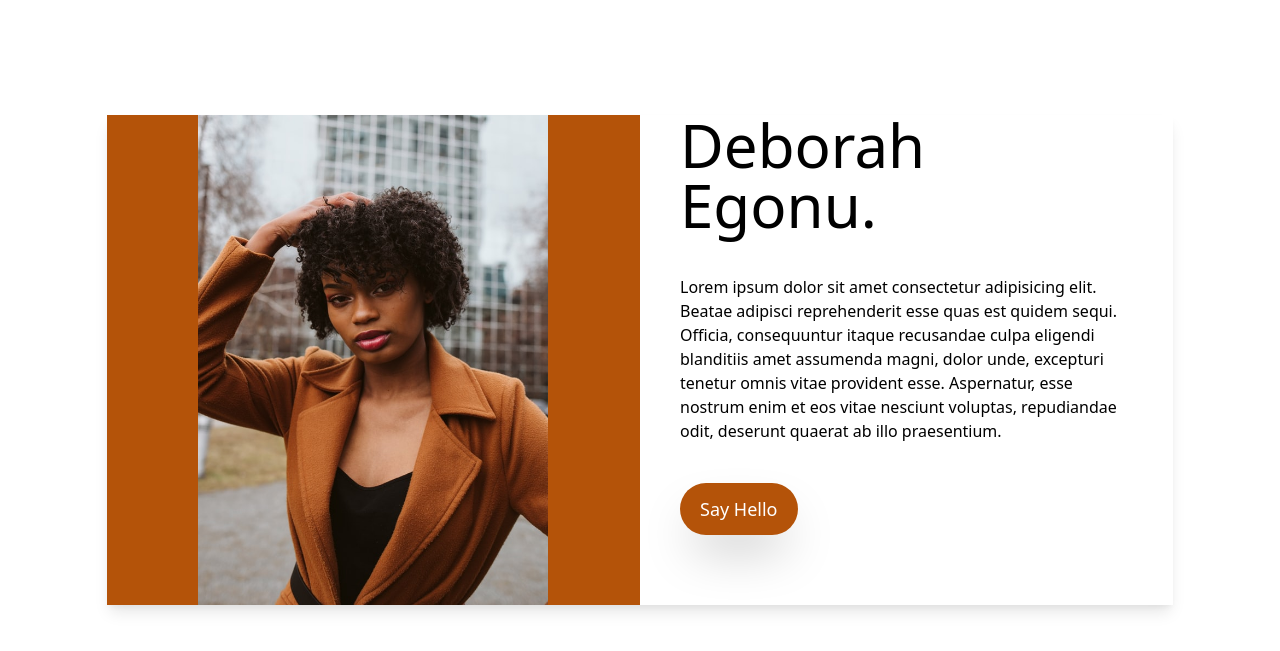
Repository: latenightsnacc/giggles
Page: HTML/user.html
The author's editor kept a copy of each file at every save. The page is drawn from the files as they stood at one save, then again after the next save.
The browser window is 1280 px wide. The pictures show the whole page.
Some web libraries are served in a nearby version.

Above is the page before, as saved 2021-01-01 16:22:22.

After the next save:
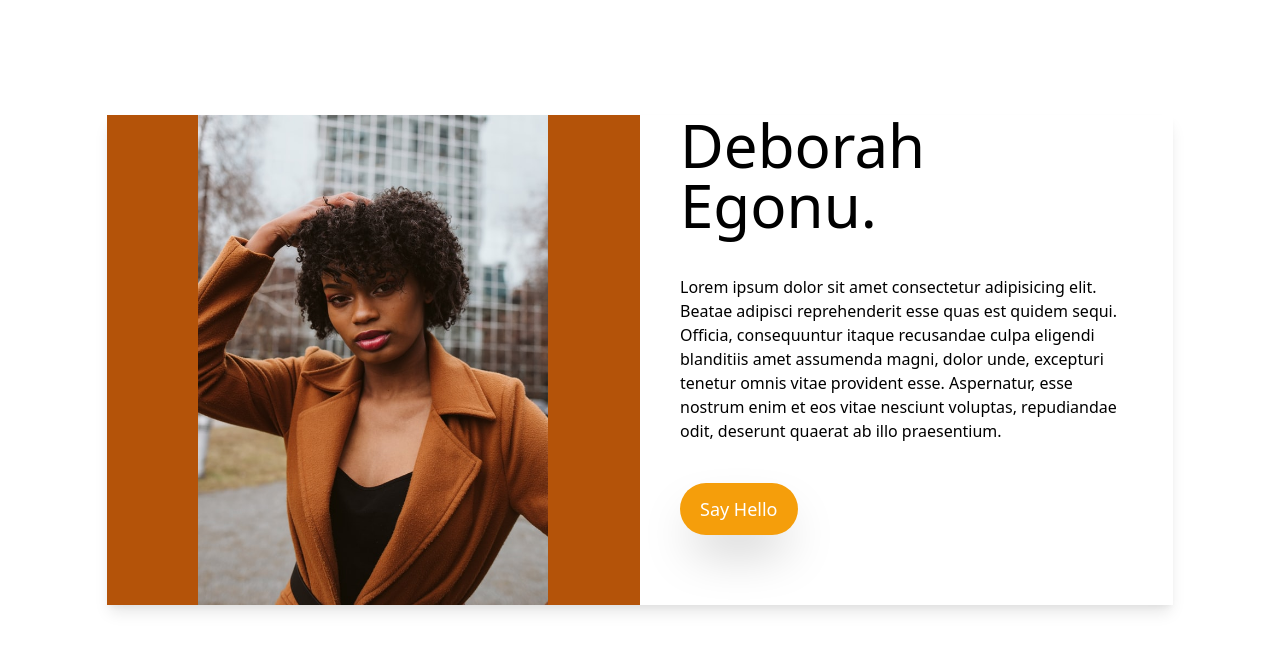
Saved 27 s later.
--- a/HTML/user.html
+++ b/HTML/user.html
@@ -17,7 +17,7 @@
                 <h1 class="text-6xl bold">Deborah </br> Egonu.</h1>
                 <p class="my-10">Lorem ipsum dolor sit amet consectetur adipisicing elit. Beatae adipisci reprehenderit esse quas est quidem sequi. Officia, consequuntur itaque recusandae culpa eligendi blanditiis amet assumenda magni, dolor unde, excepturi tenetur omnis vitae provident esse. Aspernatur, esse nostrum enim et eos vitae nesciunt voluptas, repudiandae odit, deserunt quaerat ab illo praesentium.</p>
                 <div class="w-100 flex space-around">
-                    <button class="bg-yellow-700 py-3 px-5 text-white semi-bold text-lg shadow-2xl rounded-full hover:bg-yellow-600">Say Hello</button>
+                    <button class="bg-yellow-500 py-3 px-5 text-white semi-bold text-lg shadow-2xl rounded-full hover:bg-yellow-700">Say Hello</button>
                 </div>
             </div>
 
